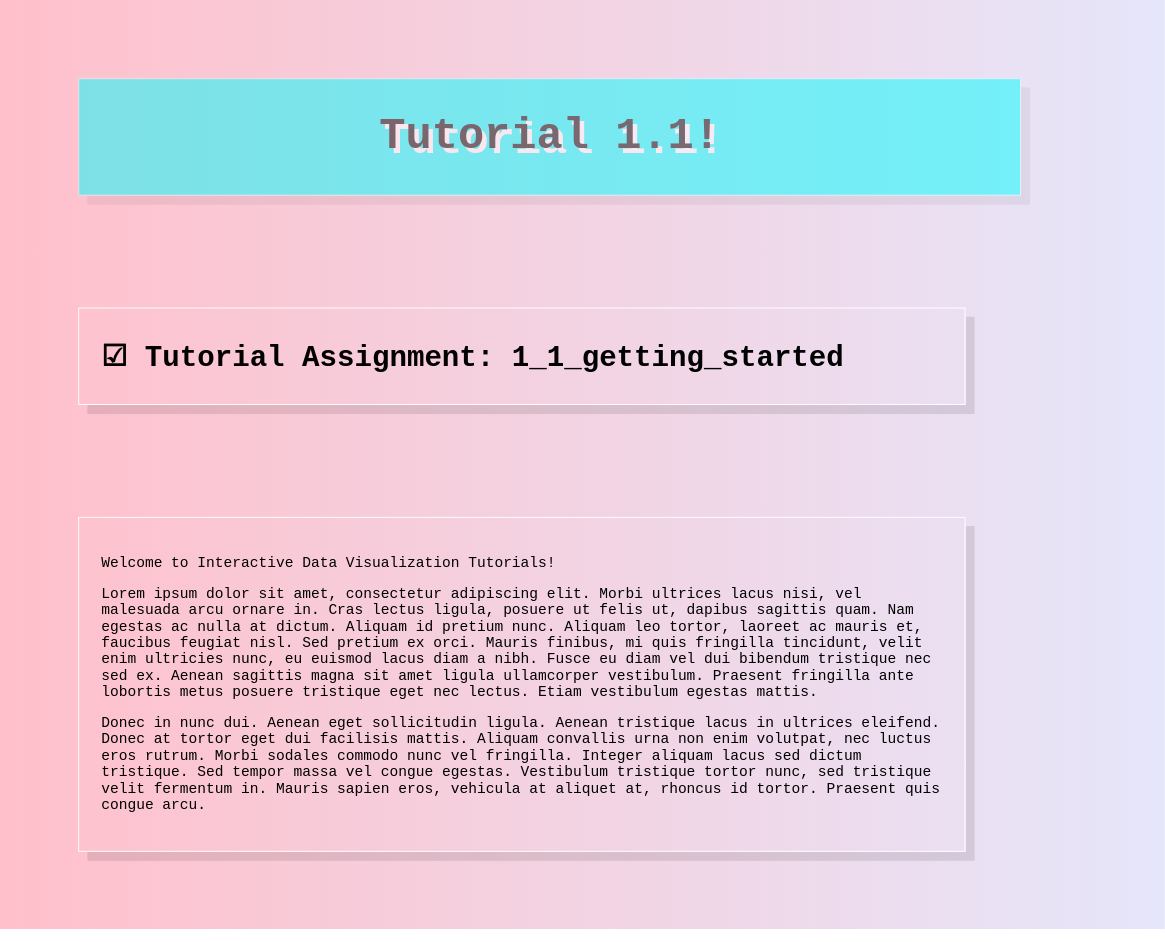
Repository: lisjak/Interactive-Data-Vis-Fall2022
Page: 1_1_getting_started/index.html
The author's editor kept a copy of each file at every save. The page is drawn from the files as they stood at one save, then again after the next save.
The browser window is 1280 px wide. The pictures show the whole page, at 91% of full size.
The pointer rests on the first visible `div`.
Some web fonts or font styles are not loaded; a fallback is used.

Above is the page before, as saved 2022-09-04 22:02:48.

### 1_1_getting_started/index.html
<!DOCTYPE html>

<head>
    <meta charset="utf-8">

    <title>Interactive Data Visualization Tutorial</title>

    <link rel="stylesheet" href="https://fonts.googleapis.com/css?family=Source+Sans+Pro">

    <link href="https://fonts.googleapis.com/css2?family=Azeret+Mono&display=swap" rel="stylesheet">

    <link rel="stylesheet" href="./style.css">
</head>

<body>
    <div>
        <h1>
            Tutorial 1.1!
        </h1>
    </div>
    <div>
        <h3>
            &#9745; Tutorial Assignment: 1_1_getting_started
        </h3>
    </div>
    <div>
        <p>
            Welcome to Interactive Data Visualization Tutorials!
        </p>

        <p>
            Lorem ipsum dolor sit amet, consectetur adipiscing elit. Morbi ultrices lacus nisi, vel malesuada arcu ornare in. Cras lectus ligula, posuere ut felis ut, dapibus sagittis quam. Nam egestas ac nulla at dictum. Aliquam id pretium nunc. Aliquam leo tortor,
            laoreet ac mauris et, faucibus feugiat nisl. Sed pretium ex orci. Mauris finibus, mi quis fringilla tincidunt, velit enim ultricies nunc, eu euismod lacus diam a nibh. Fusce eu diam vel dui bibendum tristique nec sed ex. Aenean sagittis magna
            sit amet ligula ullamcorper vestibulum. Praesent fringilla ante lobortis metus posuere tristique eget nec lectus. Etiam vestibulum egestas mattis.
        </p>

        <p>
            Donec in nunc dui. Aenean eget sollicitudin ligula. Aenean tristique lacus in ultrices eleifend. Donec at tortor eget dui facilisis mattis. Aliquam convallis urna non enim volutpat, nec luctus eros rutrum. Morbi sodales commodo nunc vel fringilla. Integer
            aliquam lacus sed dictum tristique. Sed tempor massa vel congue egestas. Vestibulum tristique tortor nunc, sed tristique velit fermentum in. Mauris sapien eros, vehicula at aliquet at, rhoncus id tortor. Praesent quis congue arcu.
        </p>
    </div>
</body>

</html>

### 1_1_getting_started/style.css
body {
    background-image: linear-gradient(to right, pink, lavender);
    font-family: 'Azeret Mono', monospace;
    font-size: 16px;
    padding: 1em;
    display: flex;
    flex-direction: column;
}

div {
    width: 75%;
    align-items: center;
    justify-content: center;
    border: 1px solid white;
    padding: 2%;
    margin: 5%;
    box-shadow: 10px 10px 0px rgb(0 0 0 / 0.1);
}

div:hover {
    background-color: cyan;
    width: 80%;
    opacity: 0.5;
    transition: 0.5s;
}

h1 {
    font-size: 3em;
    margin: 0.25em 0;
    text-shadow: 5px 5px 0px white;
    text-align: center;
    font-weight: bold;
}

h3 {
    font-size: 2em;
    margin: 0.25em 0;
}

p {
    font-size: 1em;
    color: black;
}

After the next save:
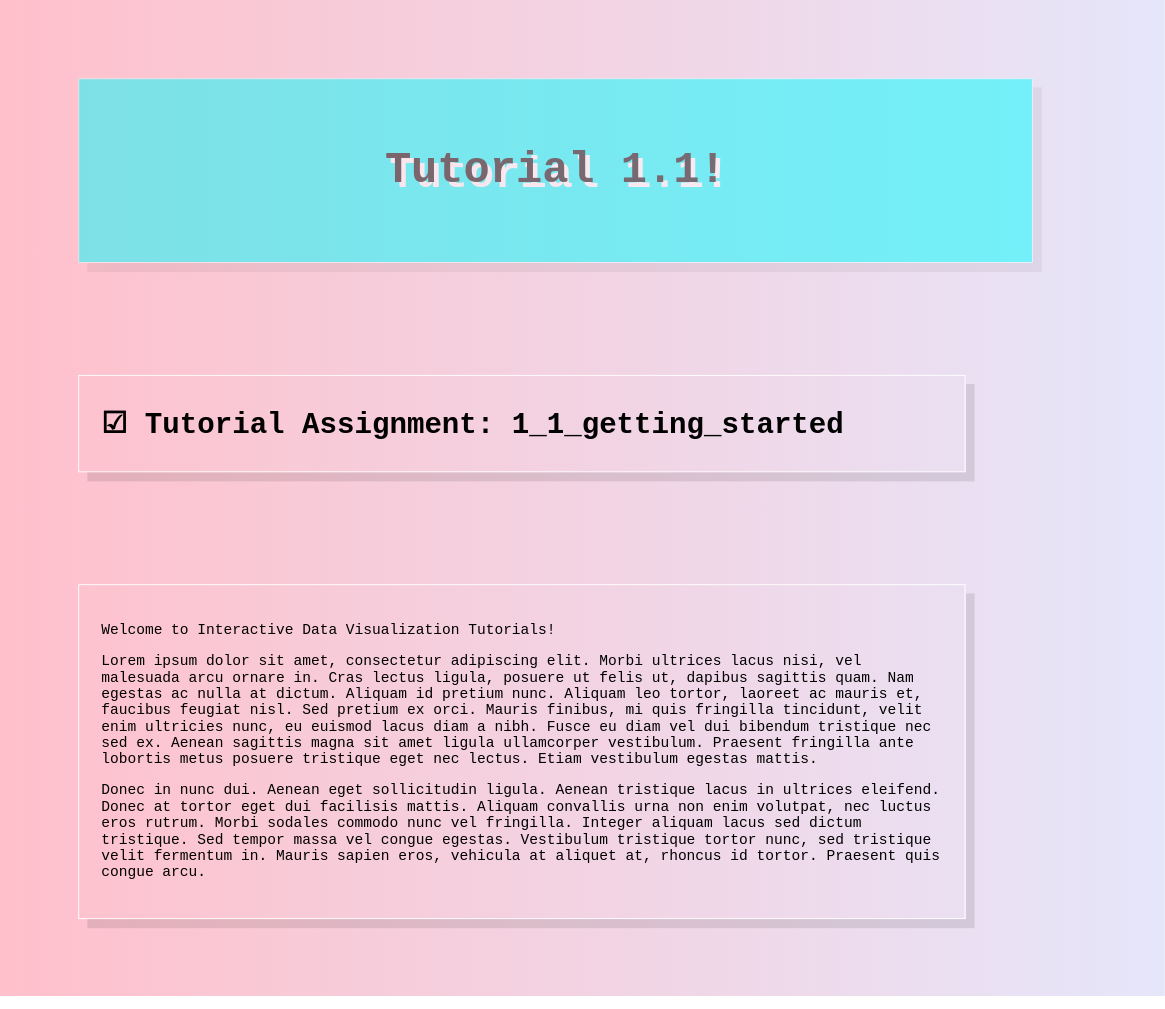
Saved 13 s later.
--- a/1_1_getting_started/style.css
+++ b/1_1_getting_started/style.css
@@ -19,7 +19,7 @@ div {
 
 div:hover {
     background-color: cyan;
-    width: 80%;
+    padding: 5%;
     opacity: 0.5;
     transition: 0.5s;
 }
